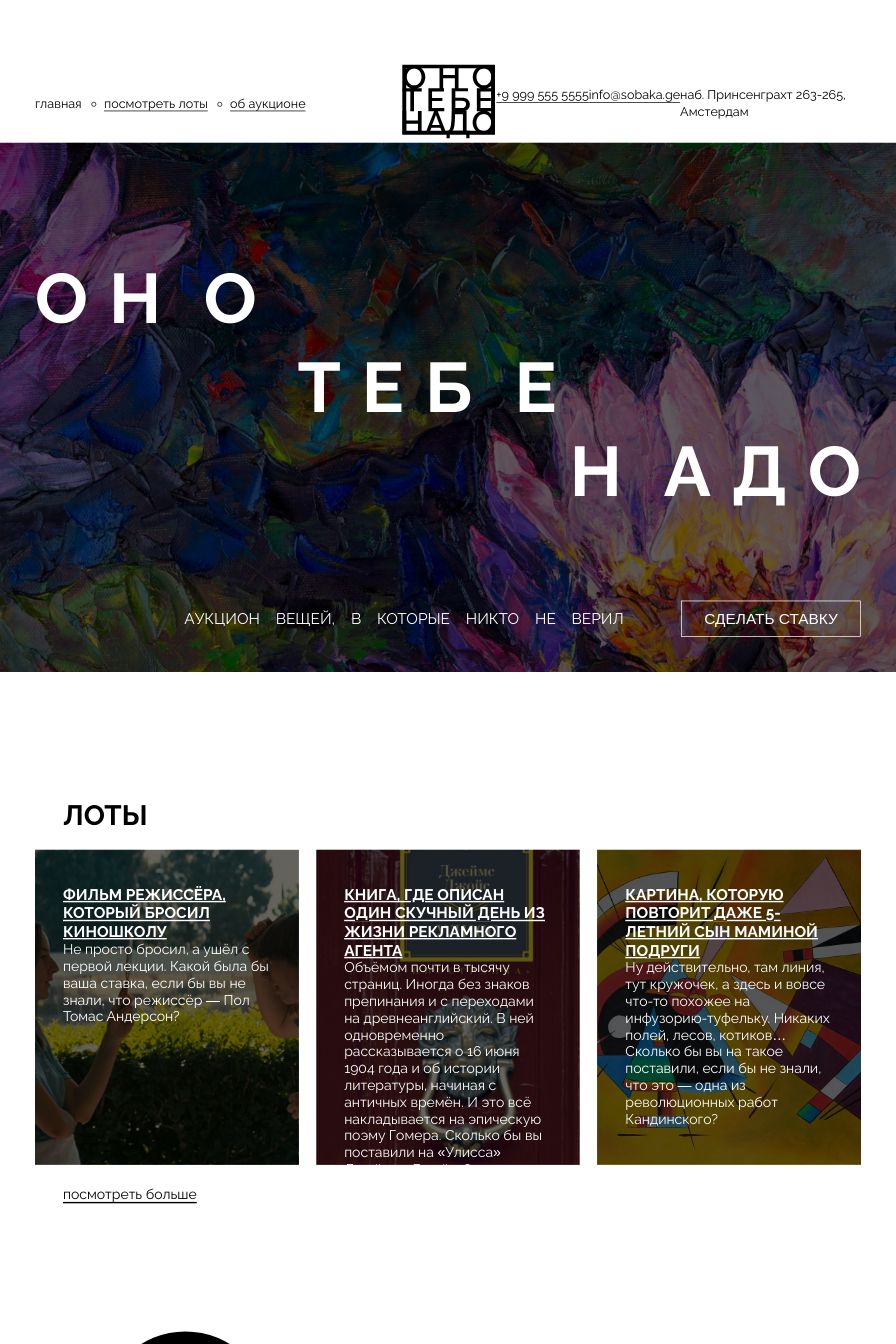
Repository: Hadoooouken/ono-tebe-nado
Page: index.html
An editor plug-in stored every save of this project. The page is shown before and after the next save, followed by the edit.
The browser window is 1280 px wide. The pictures show the part of the page from y = 0 to 1920 px (the page is 2678 px tall before and 2687 px after), at 70% of full size.

Above is the page before, as saved 2023-11-28 23:39:12.

After the next save:
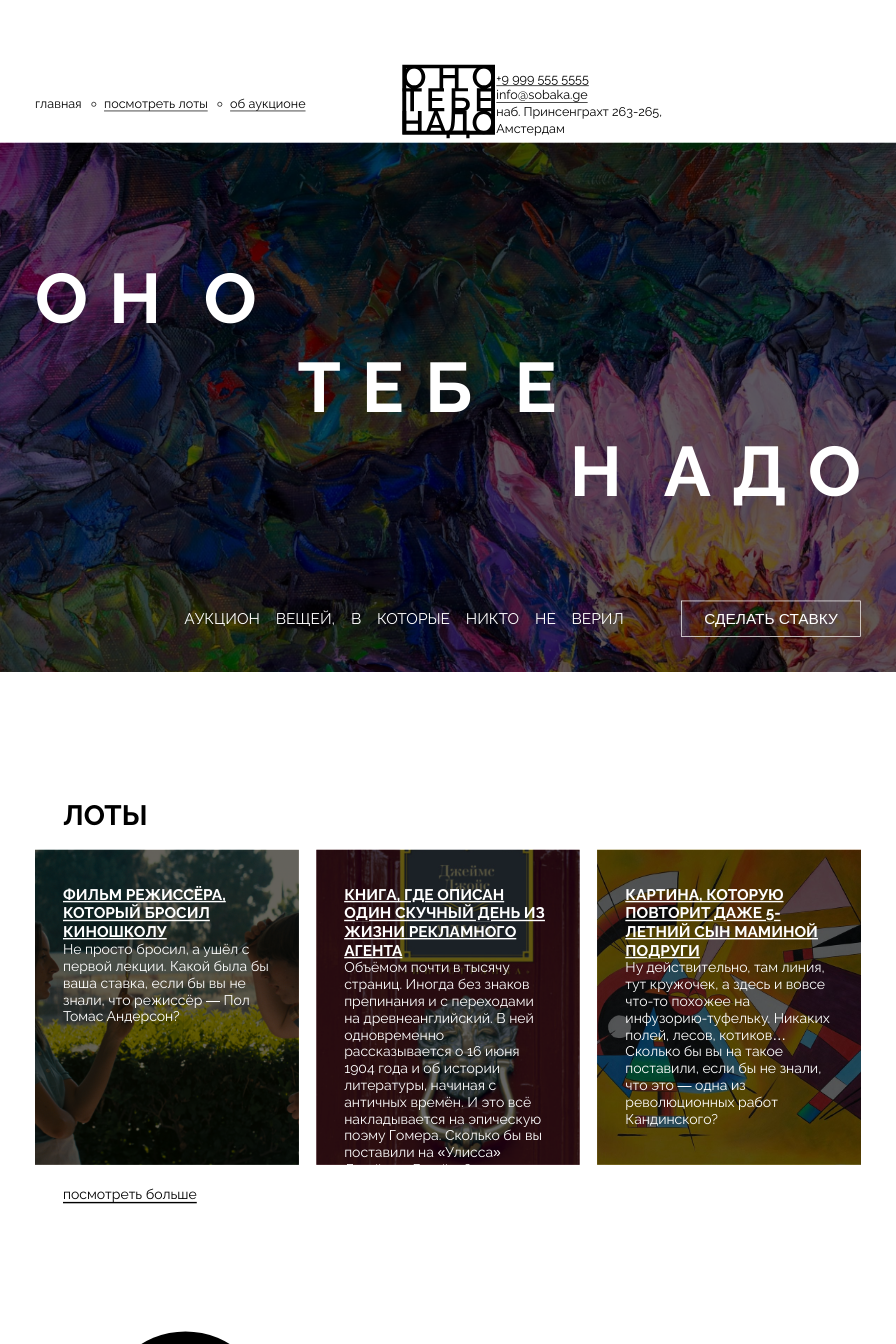
Saved 7 s later.
--- a/styles/style.css
+++ b/styles/style.css
@@ -11,8 +11,7 @@
 
 
 .address {
- display: flex;
- flex-end
+ display: f
 
 
 }
